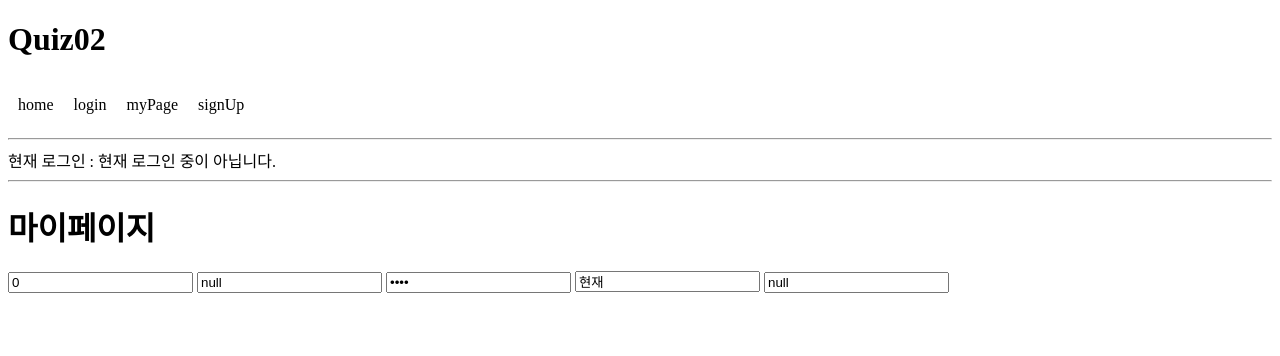
Repository: ChimmyWorld/JSP
Page: http://localhost/Day50/quiz2/myPage.jsp
These files come from the project's save history. The page is drawn as it stood at one moment and after the next save; the edit follows.
The browser window is 1280 px wide. The pictures show the whole page.
The page is served by Tomcat 9. Other server files are loaded and not shown.

Above is the page before, as saved 2023-09-20 23:58:14.

### Day50/WebContent/quiz2/myPage.jsp
<%@ page language="java" contentType="text/html; charset=UTF-8"
    pageEncoding="UTF-8"%>
<%@ include file="header.jsp"%>

<h1>마이페이지</h1>

<label for="idx"></label>
<input id="userid" name="userid" value= <%=user.getIdx() %>>

<label for="userid"></label>
<input id="userid" name="userid" value=<%=user.getUserid() %>>

<lable for="userpw"></label>
<input id="userpw" type="password" name="userpw" value=<%=user.getUserpw() %>>

<label for="nick"></label>
<input id="nick" name="nick" value=<%=user.getNick() %>>

<label for="email"></label>
<input id="email" name="email" value=<%=user.getEmail() %>>

</body>
</html>

### Day50/WebContent/quiz2/header.jsp
<%@page import="beans.AccountVO"%>
<%@ page language="java" contentType="text/html; charset=UTF-8"
    pageEncoding="UTF-8"%>
<!DOCTYPE html>
<html>
<head>
<meta charset="UTF-8">
<title>header.jsp</title>

<link rel="stylesheet" href="../css/style.css">
</head>
<body>
	<jsp:useBean id="dao" class="model.AccountDAO"/>

	<%
		AccountVO user = (AccountVO)session.getAttribute("user");

		String login = "logout";
		String myPage = "myPage";

		if (user == null) {
			user = new AccountVO();
			user.setNick("현재 로그인 중이 아닙니다.");

			login = "login";
			myPage ="";
		}
	%>

	<h1><a href="home.jsp">Quiz02</a></h1>

	<nav>
		<ul class="menu">
			<li><a href="home.jsp">home</a></li>
			<li><a href="<%=login %>.jsp"><%=login %></a></li>
			<li><a href="myPage.jsp">myPage</a>
			<li><a href="signUp.jsp">signUp</a>
		</ul>
	</nav>

	<hr>
	<div>현재 로그인 : <%=user.getNick() %></div>
	<hr>

</body>
</html>

### Day50/src/model/DAO.java
package model;

import java.sql.Connection;
import java.sql.PreparedStatement;
import java.sql.ResultSet;
import java.sql.SQLException;
import java.sql.Statement;

import javax.naming.Context;
import javax.naming.InitialContext;
import javax.naming.NamingException;
import javax.sql.DataSource;

public class DAO {
	protected Context ct;
	protected DataSource ds;

	protected Connection conn;
	protected Statement stmt;
	protected PreparedStatement pstmt;
	protected ResultSet rs;

	public DAO() {
		try {
			ct = new InitialContext();
			ds = (DataSource) ct.lookup("java:comp/env/jdbc/oracle");



		} catch (NamingException e) {
			System.err.println("생성자 예외" + e.getMessage());
		} finally {
			close();
		}

	}

	protected void close() {
		try {
			if (rs != null) rs.close();
			if (pstmt != null) pstmt.close();
			if (stmt != null) stmt.close();
			if (conn != null) conn.close();

		} catch (Exception e) {}
	}

	public String test() {
		String sql = "select banner from v$version";
		try {
			conn = ds.getConnection();
			stmt = conn.createStatement();
			rs = stmt.executeQuery(sql);

			rs.next();

			return rs.getString("banner");

		} catch (SQLException e) {
			System.err.println("test 예외 :" + e.getMessage());
		} finally {
			close();
		}

		return null;
	}
}

### Day50/src/model/AccountDAO.java
package model;

import java.sql.ResultSet;
import java.sql.SQLException;
import java.util.ArrayList;
import java.util.List;

import beans.AccountVO;

public class AccountDAO extends DAO{

	private AccountVO mapper(ResultSet rs) throws SQLException{
		AccountVO row = new AccountVO();

		row.setEmail(rs.getString("email"));
		row.setIdx(rs.getInt("idx"));
		row.setJoin_date(rs.getDate("join_date"));
		row.setNick(rs.getString("nick"));
		row.setUserid(rs.getString("userid"));
		row.setUserpw(rs.getString("userpw"));

		return row;
	}

	public List<AccountVO> selectAll(){
		String sql = "select * from account";

		try {
			conn = ds.getConnection();
			stmt = conn.createStatement();
			rs = stmt.executeQuery(sql);

			List<AccountVO> list = new ArrayList<>();

			while (rs.next()) {
				AccountVO row = mapper(rs);
				list.add(row);
			}

			return list;
		} catch(SQLException e) {
			System.err.println("selectAll 예외" + e.getMessage());
		} finally {
			close();
		}
		return null;
	}

	public AccountVO selectOne(AccountVO input) {
		String sql = "select * "
				+ "from account where "
				+ "userid = ? "
				+ "and userpw = ?";

		try {
			conn = ds.getConnection();
			pstmt = conn.prepareStatement(sql);

			pstmt.setString(1, input.getUserid());
			pstmt.setString(2, input.getUserpw());

			rs = pstmt.executeQuery();
			rs.next();

			AccountVO row = mapper(rs);

			return row;
		} catch (SQLException e) {
			System.err.println("selectOne 예외 " + e.getMessage());
		} finally {
			close();
		}
		return null;
	}

}

### Day50/src/beans/AccountVO.java
package beans;
/*
 IDX       NOT NULL NUMBER
USERID    NOT NULL VARCHAR2(20)
USERPW    NOT NULL VARCHAR2(20)
NICK      NOT NULL VARCHAR2(100)
EMAIL     NOT NULL VARCHAR2(100)
JOIN_DATE          DATE
 */

import java.sql.Date;

public class AccountVO {
	private int idx;
	private String userid;
	private String userpw;
	private String nick;
	private String Email;
	private Date join_date;
	public int getIdx() {
		return idx;
	}
	public void setIdx(int idx) {
		this.idx = idx;
	}
	public String getUserid() {
		return userid;
	}
	public void setUserid(String userid) {
		this.userid = userid;
	}
	public String getUserpw() {
		return userpw;
	}
	public void setUserpw(String userpw) {
		this.userpw = userpw;
	}
	public String getNick() {
		return nick;
	}
	public void setNick(String nick) {
		this.nick = nick;
	}
	public String getEmail() {
		return Email;
	}
	public void setEmail(String email) {
		Email = email;
	}
	public Date getJoin_date() {
		return join_date;
	}
	public void setJoin_date(Date join_date) {
		this.join_date = join_date;
	}





}

### Day50/WebContent/css/style.css
@charset "UTF-8";
a{
	color: inherit;
	text-decoration: none;
}
a:hover{
	text-decoration: underline;
}
nav {
	display: flex;
	justify-content: space-between;
}
.menu {
	list-style: none;
	padding: 0;
	display: flex;
}
.menu > li {
	margin: 0 10px;
}
.accounts{
	border-collapse: collapse;
}
.accounts th, .accounts td {
	border: 1px solid #a0a0a0;
	padding: 5px 10px;
}

After the next save:
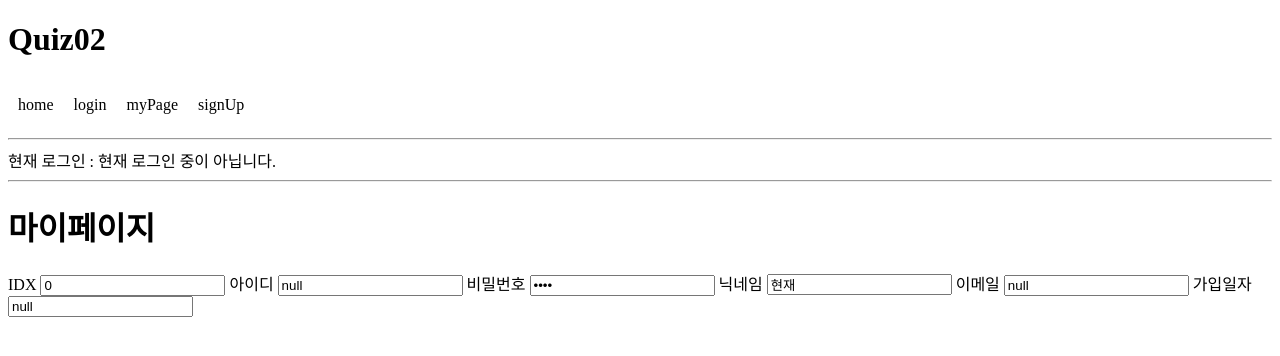
Saved 76 s later.
--- a/Day50/WebContent/quiz2/myPage.jsp
+++ b/Day50/WebContent/quiz2/myPage.jsp
@@ -4,20 +4,24 @@
 
 <h1>마이페이지</h1>
 
-<label for="idx"></label>
+<label for="idx">IDX</label>
 <input id="userid" name="userid" value= <%=user.getIdx() %>>
 
-<label for="userid"></label>
+<label for="userid">아이디</label>
 <input id="userid" name="userid" value=<%=user.getUserid() %>>
 
-<lable for="userpw"></label>
+<lable for="userpw">비밀번호</label>
 <input id="userpw" type="password" name="userpw" value=<%=user.getUserpw() %>>
 
-<label for="nick"></label>
+<label for="nick">닉네임</label>
 <input id="nick" name="nick" value=<%=user.getNick() %>>
 
-<label for="email"></label>
+<label for="email">이메일</label>
 <input id="email" name="email" value=<%=user.getEmail() %>>
+
+<label for="join_date">가입일자</label>
+<input id="join_date" name="join_date" value=<%=user.getJoin_date() %>
+
 
 </body>
 </html>
